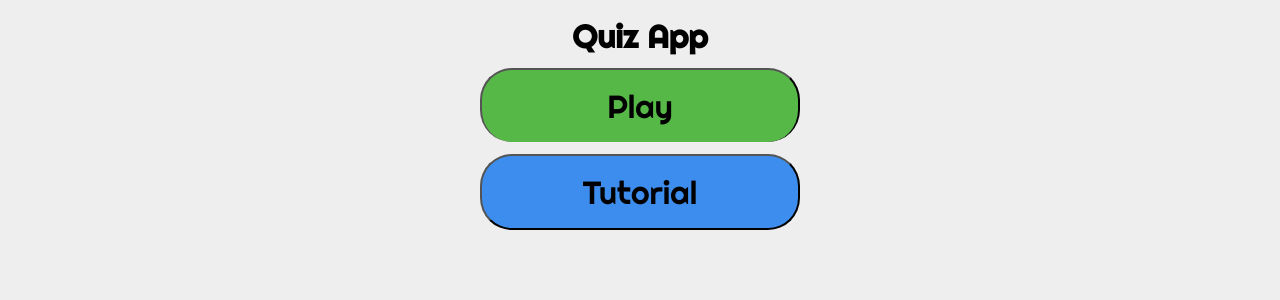
Repository: alemunden/Trash-Scavengers
Page: /QuizBegin
An editor plug-in stored every save of this project. The page is shown before and after the next save, followed by the edit.
The browser window is 1280 px wide. The pictures show the whole page.
The project was rebuilt for these pictures with package versions that can differ from the ones it lists, and the page was loaded fresh each time. The framework's server and built-in components were replaced by stand-ins that run in the browser. Also part of the build but not shown: next.config.mjs.

Above is the page before, as saved 2024-04-07 19:38:06.

After the next save:
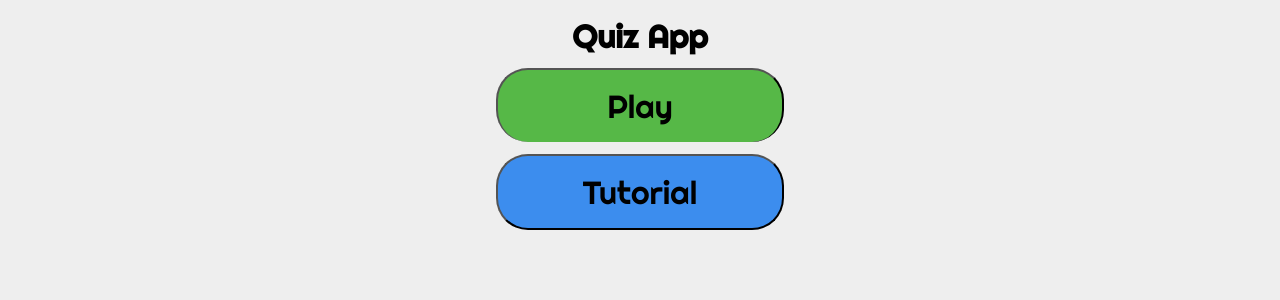
Saved 8 s later.
--- a/components/Button/Button.module.css
+++ b/components/Button/Button.module.css
@@ -1,7 +1,7 @@
 .button {
     padding: 1rem;
     border-radius: 2rem;
-    width: 20rem;
+    width: 18rem;
     margin-top: 12px;
     font-size: 2rem;
     color: var(--black);
